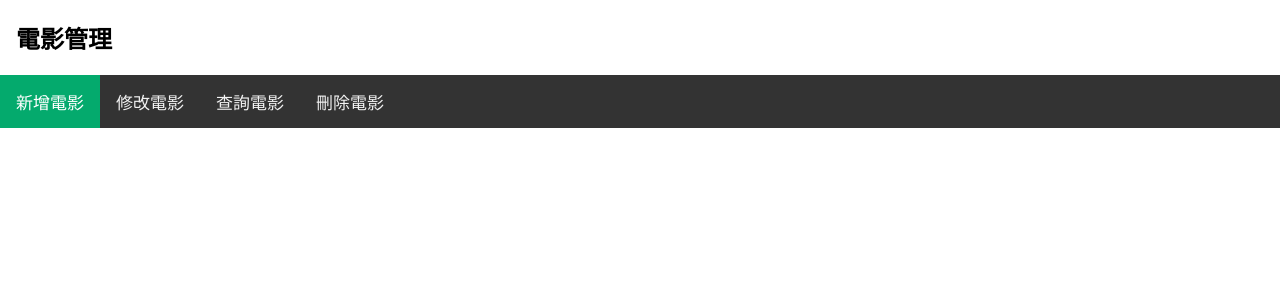
Repository: PEICHI26/Cinema
Page: Cinema/src/main/webapp/Cinema.html
An editor plug-in stored every save of this project. The page is shown before and after the next save, followed by the edit.
The browser window is 1280 px wide. The pictures show the whole page.

Above is the page before, as saved 2021-12-19 11:39:43.

After the next save:
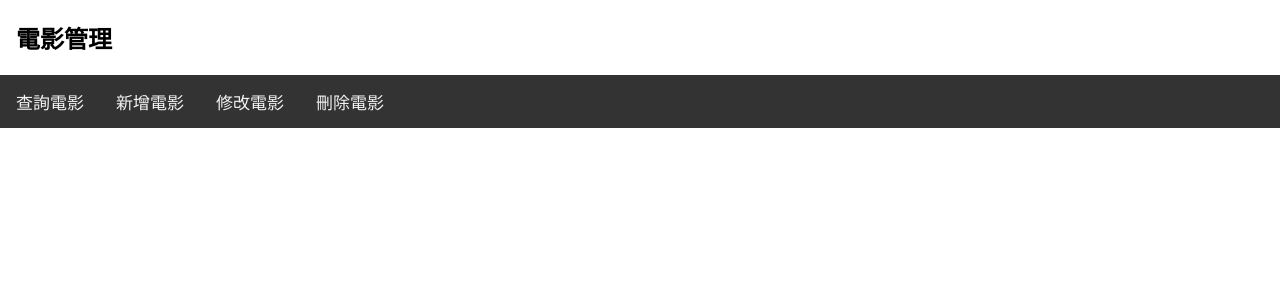
Saved 2 min 54 s later.
--- a/Cinema/src/main/webapp/Cinema.html
+++ b/Cinema/src/main/webapp/Cinema.html
@@ -40,9 +40,9 @@ body {
 
 	</div>
 	<div class="topnav">
-		<a class="active" href="http://localhost:8080/Cinema/Create.jsp">新增電影</a>
+		<a href="http://localhost:8080/Cinema/Query.jsp">查詢電影</a>
+		<a href="http://localhost:8080/Cinema/Create.jsp">新增電影</a>
 		<a href="http://localhost:8080/Cinema/Update.jsp">修改電影</a>
-		<a href="http://localhost:8080/Cinema/Query.jsp">查詢電影</a>
 		<a href="http://localhost:8080/Cinema/Delete.jsp">刪除電影</a>
 	</div>
 
